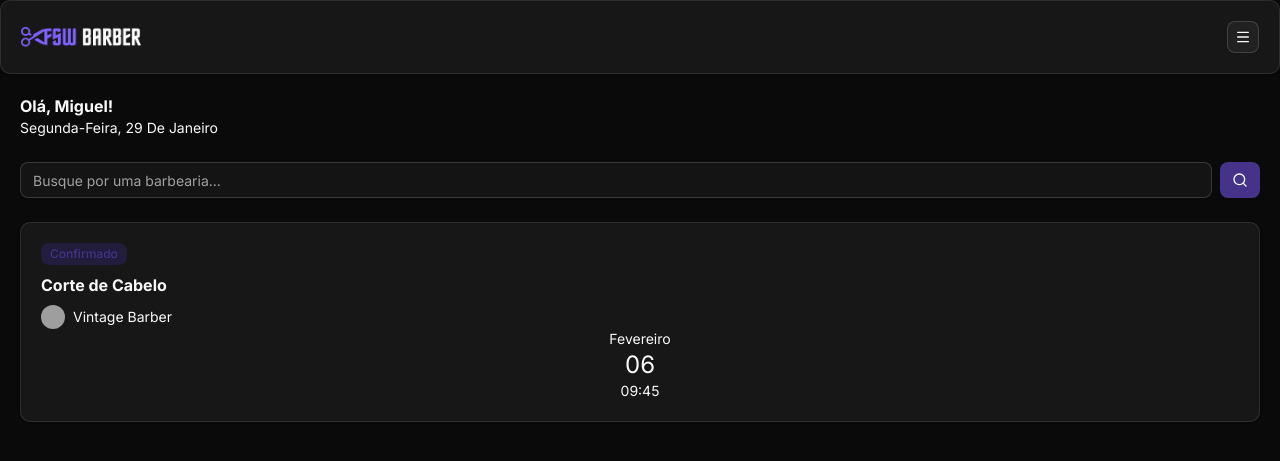
Repository: PaulinhoMachadooo/Barber
Page: /
These files come from the project's save history. The page is drawn as it stood at one moment and after the next save; the edit follows.
The browser window is 1280 px wide. The pictures show the whole page.
Pictures or frames that could not be fetched are drawn as grey boxes. The project was rebuilt for these pictures with package versions that can differ from the ones it lists, and the page was loaded fresh each time. The framework's server and built-in components were replaced by stand-ins that run in the browser. Also part of the build but not shown: next.config.ts.

Above is the page before, as saved 2025-04-13 21:27:39.

### app/layout.tsx
import type { Metadata } from "next";
import { Inter } from "next/font/google";
import "./globals.css";


const inter = Inter({ subsets: ["latin"] });

export const metadata: Metadata = {
  title: "Create Next App",
  description: "Generated by create next app",
};

export default function RootLayout({
  children,
}: Readonly<{
  children: React.ReactNode;
}>) {
  return (
    <html lang="en">
      <body className={`${inter.className} dark`}>
        {children}

      </body>
    </html>
  );
}

### app/(home)/page.tsx
// eslint-disable-next-line @typescript-eslint/no-unused-vars
import Image from "next/image";
import Header from "../_components/header";
import { format } from "date-fns";
import { ptBR } from "date-fns/locale";
import Search from "./_components/search";
import BookingItem from "../_components/booking-item";


export default function Home() {
  return (
    <div>
      <Header />

        <div className="px-5 pt-5">
          <h2 className="tex-xl font-bold">Olá, Miguel!</h2>
          <p className="capitalize text-sm">
            {format(new Date(), "EEEE',' dd 'de' MMMM", {
                locale: ptBR,
            })}
          </p>
        </div>

        <div className="px-5 mt-6">
          <Search />
        </div>

        <div className="px-5 mt-6">
            <BookingItem />
        </div>
    </div>
  );
}

### app/globals.css
@import "tailwindcss";
@import "tw-animate-css";

@custom-variant dark (&:is(.dark *));

@theme inline {
  --color-background: var(--background);
  --color-foreground: var(--foreground);
  --font-sans: var(--font-geist-sans);
  --font-mono: var(--font-geist-mono);
  --color-sidebar-ring: var(--sidebar-ring);
  --color-sidebar-border: var(--sidebar-border);
  --color-sidebar-accent-foreground: var(--sidebar-accent-foreground);
  --color-sidebar-accent: var(--sidebar-accent);
  --color-sidebar-primary-foreground: var(--sidebar-primary-foreground);
  --color-sidebar-primary: var(--sidebar-primary);
  --color-sidebar-foreground: var(--sidebar-foreground);
  --color-sidebar: var(--sidebar);
  --color-chart-5: var(--chart-5);
  --color-chart-4: var(--chart-4);
  --color-chart-3: var(--chart-3);
  --color-chart-2: var(--chart-2);
  --color-chart-1: var(--chart-1);
  --color-ring: var(--ring);
  --color-input: var(--input);
  --color-border: var(--border);
  --color-destructive: var(--destructive);
  --color-accent-foreground: var(--accent-foreground);
  --color-accent: var(--accent);
  --color-muted-foreground: var(--muted-foreground);
  --color-muted: var(--muted);
  --color-secondary-foreground: var(--secondary-foreground);
  --color-secondary: var(--secondary);
  --color-primary-foreground: var(--primary-foreground);
  --color-primary: var(--primary);
  --color-popover-foreground: var(--popover-foreground);
  --color-popover: var(--popover);
  --color-card-foreground: var(--card-foreground);
  --color-card: var(--card);
  --radius-sm: calc(var(--radius) - 4px);
  --radius-md: calc(var(--radius) - 2px);
  --radius-lg: var(--radius);
  --radius-xl: calc(var(--radius) + 4px);
}

:root {
  --radius: 0.625rem;
  --background: oklch(1 0 0);
  --foreground: oklch(0.145 0 0);
  --card: oklch(1 0 0);
  --card-foreground: oklch(0.145 0 0);
  --popover: oklch(1 0 0);
  --popover-foreground: oklch(0.145 0 0);
  --primary: oklch(0.205 0 0);
  --primary-foreground: oklch(0.985 0 0);
  --secondary: oklch(0.97 0 0);
  --secondary-foreground: oklch(0.205 0 0);
  --muted: oklch(0.97 0 0);
  --muted-foreground: oklch(0.556 0 0);
  --accent: oklch(0.97 0 0);
  --accent-foreground: oklch(0.205 0 0);
  --destructive: oklch(0.577 0.245 27.325);
  --border: oklch(0.922 0 0);
  --input: oklch(0.922 0 0);
  --ring: oklch(0.708 0 0);
  --chart-1: oklch(0.646 0.222 41.116);
  --chart-2: oklch(0.6 0.118 184.704);
  --chart-3: oklch(0.398 0.07 227.392);
  --chart-4: oklch(0.828 0.189 84.429);
  --chart-5: oklch(0.769 0.188 70.08);
  --sidebar: oklch(0.985 0 0);
  --sidebar-foreground: oklch(0.145 0 0);
  --sidebar-primary: oklch(0.205 0 0);
  --sidebar-primary-foreground: oklch(0.985 0 0);
  --sidebar-accent: oklch(0.97 0 0);
  --sidebar-accent-foreground: oklch(0.205 0 0);
  --sidebar-border: oklch(0.922 0 0);
  --sidebar-ring: oklch(0.708 0 0);
}

.dark {
  --background: oklch(0.145 0 0);
  --foreground: oklch(0.985 0 0);
  --card: oklch(0.205 0 0);
  --card-foreground: oklch(0.985 0 0);
  --popover: oklch(0.205 0 0);
  --popover-foreground: oklch(0.985 0 0);
  --primary: oklch(0.39 0.1349 287.34);
  --primary-foreground: oklch(0.985 0 0);
  --secondary: oklch(0.269 0 0);
  --secondary-foreground: oklch(0.985 0 0);
  --muted: oklch(0.269 0 0);
  --muted-foreground: oklch(0.708 0 0);
  --accent: oklch(0.269 0 0);
  --accent-foreground: oklch(0.985 0 0);
  --destructive: oklch(0.704 0.191 22.216);
  --border: oklch(1 0 0 / 10%);
  --input: oklch(1 0 0 / 15%);
  --ring: oklch(0.556 0 0);
  --chart-1: oklch(0.488 0.243 264.376);
  --chart-2: oklch(0.696 0.17 162.48);
  --chart-3: oklch(0.769 0.188 70.08);
  --chart-4: oklch(0.627 0.265 303.9);
  --chart-5: oklch(0.645 0.246 16.439);
  --sidebar: oklch(0.205 0 0);
  --sidebar-foreground: oklch(0.985 0 0);
  --sidebar-primary: oklch(0.488 0.243 264.376);
  --sidebar-primary-foreground: oklch(0.985 0 0);
  --sidebar-accent: oklch(0.269 0 0);
  --sidebar-accent-foreground: oklch(0.985 0 0);
  --sidebar-border: oklch(1 0 0 / 10%);
  --sidebar-ring: oklch(0.556 0 0);
}

@layer base {
  * {
    @apply border-border outline-ring/50;
  }
  body {
    @apply bg-background text-foreground;
  }
}

### app/_components/header.tsx
import Image from "next/image";
import { Card, CardContent } from "./ui/card"
import { Button } from "@/app/_components/ui/button";
import { MenuIcon } from "lucide-react";

const Header = () => {
    return (
        <Card>
            <CardContent className="p-5 justify-between items-center flex flex-row" >
                 <Image src="/logo.png" alt="FSW Barber" height={18} width={120} />
                 <Button variant="outline" size="icon" className="h-8 w-8">
                    <MenuIcon size={16} />
                 </Button>
            </CardContent>
        </Card>
     );
}

export default Header;

### app/(home)/_components/search.tsx
"use client";

import { Button } from "@/app/_components/ui/button";
import { Input } from "@/app/_components/ui/input";
import { SearchIcon } from "lucide-react";

const Search = () => {
    return (
        <div className="flex items-center gap-2">
           <Input placeholder="Busque por uma barbearia..."/>
           <Button variant="default" >
                <SearchIcon size={20} />
           </Button>
        </div>
     );
};

export default Search;

### app/_components/booking-item.tsx
import { Avatar, AvatarImage, AvatarFallback } from "./ui/avatar";
import { Badge } from "./ui/badge";
import { Card, CardContent } from "./ui/card";


const  BookingItem = () => {
    return (
        <Card>
            <CardContent className="p-5 flex-row">
                <div className="flex flex-col gap-2">
                    <Badge className="bg-[#221C3D] text-primary hover:bg-[#221C3D] w-fit">Confirmado</Badge>
                    <h2 className="font-bold">Corte de Cabelo</h2>

                    <div className="flex items-center gap-2">
                        <Avatar className="h-6 w-6">
                            <AvatarImage src="https://utfs.io/f/0ddfbd26-a424-43a0-aaf3-c3f1dc6be6d1-1kgxo7.png"/>

                            <AvatarFallback>A</AvatarFallback>
                        </Avatar>

                        <h3 className="text-sm">Vintage Barber</h3>
                    </div>
                </div>

                <div className="flex flex-col items-center justify-center">
                    <p className="text-sm">Fevereiro</p>
                    <p className="text-2xl ">06</p>
                    <p className="text-sm">09:45</p>
                </div>
            </CardContent>
        </Card>

     );
}




export default BookingItem;

### app/_components/ui/card.tsx
import * as React from "react"

import { cn } from "@/app/_lib/utils"

const Card = React.forwardRef<
  HTMLDivElement,
  React.HTMLAttributes<HTMLDivElement>
>(({ className, ...props }, ref) => (
  <div
    ref={ref}
    className={cn(
      "rounded-lg border bg-card text-card-foreground shadow-sm",
      className
    )}
    {...props}
  />
))
Card.displayName = "Card"

const CardHeader = React.forwardRef<
  HTMLDivElement,
  React.HTMLAttributes<HTMLDivElement>
>(({ className, ...props }, ref) => (
  <div
    ref={ref}
    className={cn("flex flex-col space-y-1.5 p-6", className)}
    {...props}
  />
))
CardHeader.displayName = "CardHeader"

const CardTitle = React.forwardRef<
  HTMLParagraphElement,
  React.HTMLAttributes<HTMLHeadingElement>
>(({ className, ...props }, ref) => (
  <h3
    ref={ref}
    className={cn(
      "text-2xl font-semibold leading-none tracking-tight",
      className
    )}
    {...props}
  />
))
CardTitle.displayName = "CardTitle"

const CardDescription = React.forwardRef<
  HTMLParagraphElement,
  React.HTMLAttributes<HTMLParagraphElement>
>(({ className, ...props }, ref) => (
  <p
    ref={ref}
    className={cn("text-sm text-muted-foreground", className)}
    {...props}
  />
))
CardDescription.displayName = "CardDescription"

const CardContent = React.forwardRef<
  HTMLDivElement,
  React.HTMLAttributes<HTMLDivElement>
>(({ className, ...props }, ref) => (
  <div ref={ref} className={cn("p-6 pt-0", className)} {...props} />
))
CardContent.displayName = "CardContent"

const CardFooter = React.forwardRef<
  HTMLDivElement,
  React.HTMLAttributes<HTMLDivElement>
>(({ className, ...props }, ref) => (
  <div
    ref={ref}
    className={cn("flex items-center p-6 pt-0", className)}
    {...props}
  />
))
CardFooter.displayName = "CardFooter"

export { Card, CardHeader, CardFooter, CardTitle, CardDescription, CardContent }

### app/_components/ui/button.tsx
import * as React from "react"
import { Slot } from "@radix-ui/react-slot"
import { cva, type VariantProps } from "class-variance-authority"

import { cn } from "@/app/_lib/utils"

const buttonVariants = cva(
  "inline-flex items-center justify-center gap-2 whitespace-nowrap rounded-md text-sm font-medium transition-all disabled:pointer-events-none disabled:opacity-50 [&_svg]:pointer-events-none [&_svg:not([class*='size-'])]:size-4 shrink-0 [&_svg]:shrink-0 outline-none focus-visible:border-ring focus-visible:ring-ring/50 focus-visible:ring-[3px] aria-invalid:ring-destructive/20 dark:aria-invalid:ring-destructive/40 aria-invalid:border-destructive",
  {
    variants: {
      variant: {
        default:
          "bg-primary text-primary-foreground shadow-xs hover:bg-primary/90",
        destructive:
          "bg-destructive text-white shadow-xs hover:bg-destructive/90 focus-visible:ring-destructive/20 dark:focus-visible:ring-destructive/40 dark:bg-destructive/60",
        outline:
          "border bg-background shadow-xs hover:bg-accent hover:text-accent-foreground dark:bg-input/30 dark:border-input dark:hover:bg-input/50",
        secondary:
          "bg-secondary text-secondary-foreground shadow-xs hover:bg-secondary/80",
        ghost:
          "hover:bg-accent hover:text-accent-foreground dark:hover:bg-accent/50",
        link: "text-primary underline-offset-4 hover:underline",
      },
      size: {
        default: "h-9 px-4 py-2 has-[>svg]:px-3",
        sm: "h-8 rounded-md gap-1.5 px-3 has-[>svg]:px-2.5",
        lg: "h-10 rounded-md px-6 has-[>svg]:px-4",
        icon: "size-9",
      },
    },
    defaultVariants: {
      variant: "default",
      size: "default",
    },
  }
)

function Button({
  className,
  variant,
  size,
  asChild = false,
  ...props
}: React.ComponentProps<"button"> &
  VariantProps<typeof buttonVariants> & {
    asChild?: boolean
  }) {
  const Comp = asChild ? Slot : "button"

  return (
    <Comp
      data-slot="button"
      className={cn(buttonVariants({ variant, size, className }))}
      {...props}
    />
  )
}

export { Button, buttonVariants }

### app/_components/ui/input.tsx
import * as React from "react"

import { cn } from "@/app/_lib/utils"

function Input({ className, type, ...props }: React.ComponentProps<"input">) {
  return (
    <input
      type={type}
      data-slot="input"
      className={cn(
        "file:text-foreground placeholder:text-muted-foreground selection:bg-primary selection:text-primary-foreground dark:bg-input/30 border-input flex h-9 w-full min-w-0 rounded-md border bg-transparent px-3 py-1 text-base shadow-xs transition-[color,box-shadow] outline-none file:inline-flex file:h-7 file:border-0 file:bg-transparent file:text-sm file:font-medium disabled:pointer-events-none disabled:cursor-not-allowed disabled:opacity-50 md:text-sm",
        "focus-visible:border-ring focus-visible:ring-ring/50 focus-visible:ring-[3px]",
        "aria-invalid:ring-destructive/20 dark:aria-invalid:ring-destructive/40 aria-invalid:border-destructive",
        className
      )}
      {...props}
    />
  )
}

export { Input }

### app/_components/ui/avatar.tsx
"use client"

import * as React from "react"
import * as AvatarPrimitive from "@radix-ui/react-avatar"

import { cn } from "@/app/_lib/utils"

function Avatar({
  className,
  ...props
}: React.ComponentProps<typeof AvatarPrimitive.Root>) {
  return (
    <AvatarPrimitive.Root
      data-slot="avatar"
      className={cn(
        "relative flex size-8 shrink-0 overflow-hidden rounded-full",
        className
      )}
      {...props}
    />
  )
}

function AvatarImage({
  className,
  ...props
}: React.ComponentProps<typeof AvatarPrimitive.Image>) {
  return (
    <AvatarPrimitive.Image
      data-slot="avatar-image"
      className={cn("aspect-square size-full", className)}
      {...props}
    />
  )
}

function AvatarFallback({
  className,
  ...props
}: React.ComponentProps<typeof AvatarPrimitive.Fallback>) {
  return (
    <AvatarPrimitive.Fallback
      data-slot="avatar-fallback"
      className={cn(
        "bg-muted flex size-full items-center justify-center rounded-full",
        className
      )}
      {...props}
    />
  )
}

export { Avatar, AvatarImage, AvatarFallback }

### app/_components/ui/badge.tsx
import * as React from "react"
import { Slot } from "@radix-ui/react-slot"
import { cva, type VariantProps } from "class-variance-authority"

import { cn } from "@/app/_lib/utils"

const badgeVariants = cva(
  "inline-flex items-center justify-center rounded-md border px-2 py-0.5 text-xs font-medium w-fit whitespace-nowrap shrink-0 [&>svg]:size-3 gap-1 [&>svg]:pointer-events-none focus-visible:border-ring focus-visible:ring-ring/50 focus-visible:ring-[3px] aria-invalid:ring-destructive/20 dark:aria-invalid:ring-destructive/40 aria-invalid:border-destructive transition-[color,box-shadow] overflow-hidden",
  {
    variants: {
      variant: {
        default:
          "border-transparent bg-primary text-primary-foreground [a&]:hover:bg-primary/90",
        secondary:
          "border-transparent bg-secondary text-secondary-foreground [a&]:hover:bg-secondary/90",
        destructive:
          "border-transparent bg-destructive text-white [a&]:hover:bg-destructive/90 focus-visible:ring-destructive/20 dark:focus-visible:ring-destructive/40 dark:bg-destructive/60",
        outline:
          "text-foreground [a&]:hover:bg-accent [a&]:hover:text-accent-foreground",
      },
    },
    defaultVariants: {
      variant: "default",
    },
  }
)

function Badge({
  className,
  variant,
  asChild = false,
  ...props
}: React.ComponentProps<"span"> &
  VariantProps<typeof badgeVariants> & { asChild?: boolean }) {
  const Comp = asChild ? Slot : "span"

  return (
    <Comp
      data-slot="badge"
      className={cn(badgeVariants({ variant }), className)}
      {...props}
    />
  )
}

export { Badge, badgeVariants }

Loaded but not shown: app/_lib/utils.ts (common file)

After the next save:
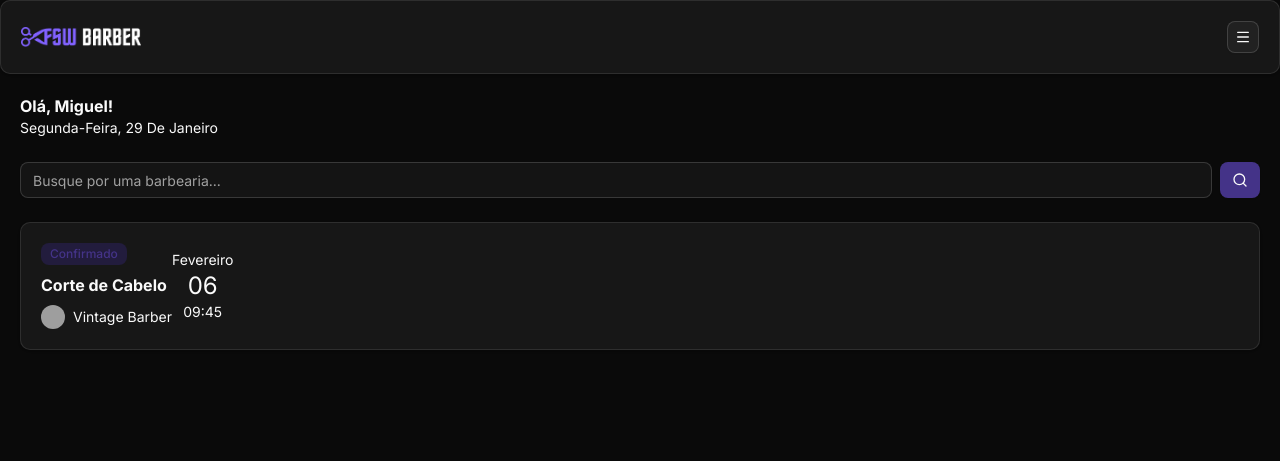
Saved 27 s later.
--- a/app/_components/booking-item.tsx
+++ b/app/_components/booking-item.tsx
@@ -6,7 +6,7 @@ import { Card, CardContent } from "./ui/card";
 const  BookingItem = () => {
     return (
         <Card>
-            <CardContent className="p-5 flex-row">
+            <CardContent className="p-5 flex flex-row">
                 <div className="flex flex-col gap-2">
                     <Badge className="bg-[#221C3D] text-primary hover:bg-[#221C3D] w-fit">Confirmado</Badge>
                     <h2 className="font-bold">Corte de Cabelo</h2>
